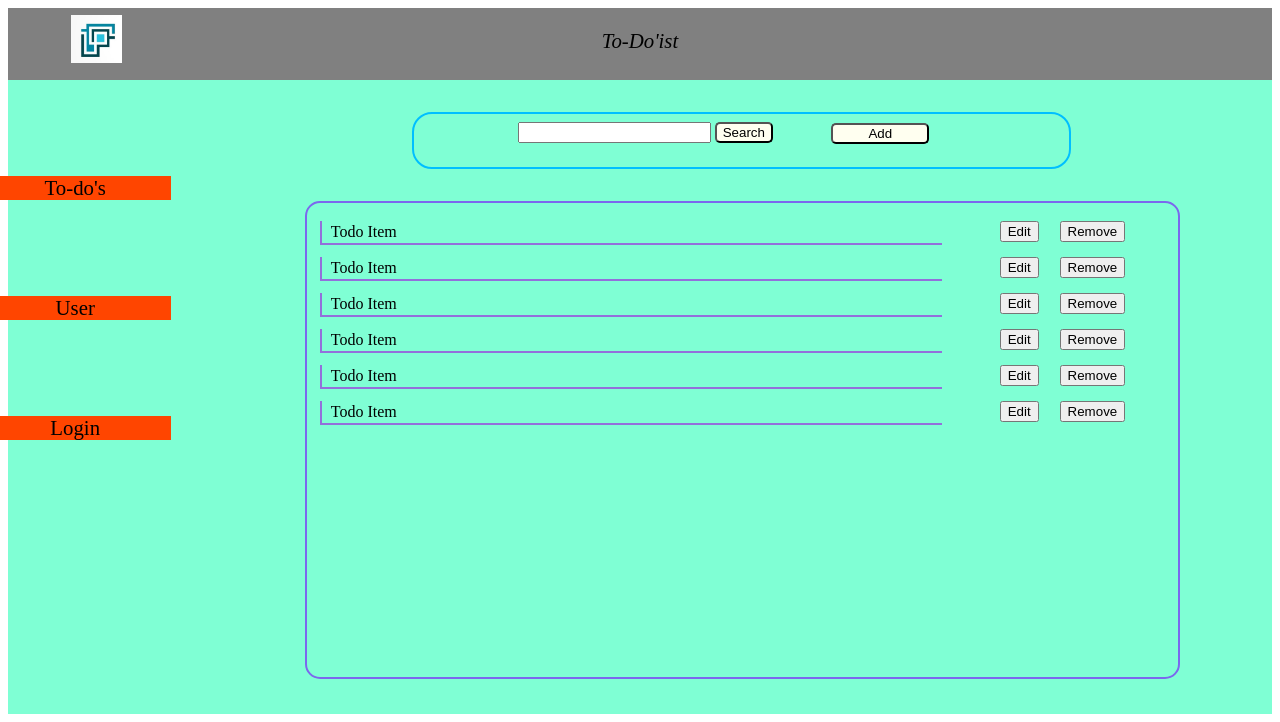
Repository: tavisca-pkadam/Todo-Website
Page: home.html
The author's editor kept a copy of each file at every save. The page is drawn from the files as they stood at one save, then again after the next save.
The browser window is 1280 px wide. The pictures show the whole page.

Above is the page before, as saved 2019-08-20 08:51:52.

### home.html
<!DOCTYPE html>
<html>
  <head>
    <meta charset="utf-8" />
    <meta http-equiv="X-UA-Compatible" content="IE=edge" />
    <title>Page Title</title>
    <meta name="viewport" content="width=device-width, initial-scale=1" />
    <link rel="stylesheet" type="text/css" media="screen" href="main.css" />

    <link rel="import" href="components/header.html" />

    <!-- <script src='main.js'></script> -->
  </head>
  <body>
    <div id="head" class="header">
      <img id="company_logo" src="src/logo.jpg" width="5%" />
      <p id="todo_header"><i>To-Do'ist</i></p>
    </div>


    <div id="side_nav">
      <div id="side_todo"  class="side_btn">
        To-do's
      </div>
      <div id="side_user" class="side_btn">
        User
      </div>
      <div id="side_login" class="side_btn">
        Login
      </div>
    </div>
    <div id="todo_content">
        <div id="todo_content_head">
            <div id="todo_content_search">
                <input type="text" style="padding-right:10px">
                <button class="search_button">Search</button>
            </div>
            <button id="todo_content_add" class="search_button">Add</button>
        </div>
        <div id="todo_list">
            <div class="todo_item">
                <div class="todo_detail">
                        Todo Item
                </div>
                <button class="todo_edit_btn">Edit</button>
                <button>Remove</button>
            </div>
            <div class="todo_item">
                <div class="todo_detail">
                        Todo Item
                </div>
                <button class="todo_edit_btn">Edit</button>
                <button>Remove</button>
            </div>
            <div class="todo_item">
                <div class="todo_detail">
                        Todo Item
                </div>
                <button class="todo_edit_btn">Edit</button>
                <button>Remove</button>
            </div>
            <div class="todo_item">
                <div class="todo_detail">
                        Todo Item
                </div>
                <button class="todo_edit_btn">Edit</button>
                <button>Remove</button>
            </div>
            <div class="todo_item">
                <div class="todo_detail">
                        Todo Item
                </div>
                <button class="todo_edit_btn">Edit</button>
                <button>Remove</button>
            </div>
            <div class="todo_item">
                <div class="todo_detail">
                        Todo Item
                </div>
                <button class="todo_edit_btn">Edit</button>
                <button>Remove</button>
            </div>
        </div>
    </div>
  </body>
</html>

### main.css
.header {
    background-color:gray;
    position: relative;
    width: 100%;
    height: 10vh;
    margin:0%;
}

#company_logo {
    position: absolute;
    left: 5%;
    width: 4%;
    margin-top: 1vh;
}

#todo_header {
    font-size: 1.3em;
    font-style: oblique;
    font-stretch: expanded;
    position: absolute;
    width: 100%;
    text-align: center;

    /* right: 45%; */
}

#side_nav {
    position: fixed;
    width: 15%;
    background-color: aquamarine;
    height: 88vh;
}

.side_btn {
    left:-15%;
    text-align: center;
    width: 100%;
    position: relative;
    background-color: orangered;
    margin-top: 50%;
    font-size: 1.3rem
}


#todo_content {
    position: relative;
    left: 15%;
    width:85%;
    background-color: aquamarine;
    height: 88vh;
}

#todo_content_head {
    border: 1px;
    position: relative;
    /* background-color: deepskyblue; */
    padding: 5px;
    width: 60%;
    height: 6vh;
    border-radius: 20px;
    left: 20%;
    top: 5%;

    border-width: 2px;
    border-style: solid;
    border-color: deepskyblue;
}

.search_button{
    text-align: center;
    background-color: ivory;
    border-radius: 5px;
}

#todo_content_search{
    position: absolute;
    /* background-color: darksalmon; */
    padding: 0.5%;
    margin-left:4%;
    padding-left: 2%;
    padding-right: 4%;
    left: 5vw;
    border-radius: 10px;
    /* border-width: 1px; */
    /* border-style: solid; */
    border-color: blue;

}
#todo_content_add {
    position: absolute;
    background-color: ivory;
    left: 30vw;
    /* top: 10px; */
    width: 15%;
    margin: 4px;
    margin-left: 5%;
}


#todo_list {
    /* background-color: mediumslateblue; */
    position: relative;
    width: 80%;
    left: 10%;
    top: 10%;
    height: 65vh;
    border-radius: 15px;
    padding:3px;
    padding-left: 8px;


    border-width: 2px;
    border-style: solid;
    border-color: mediumslateblue;
}

.todo_item{
    margin:5px;
    margin-top: 15px;
}

.todo_edit_btn{
    margin-left: 80%;
    margin-right: 2%;
}

.todo_detail{
    width: 70%;

    position: absolute;
    padding: 2px;
    padding-left: 1%;

    border-bottom: 6px solid;
    border-left: 6px solid;
    border-width: 2px;
    border-color: mediumpurple;
    }

After the next save:
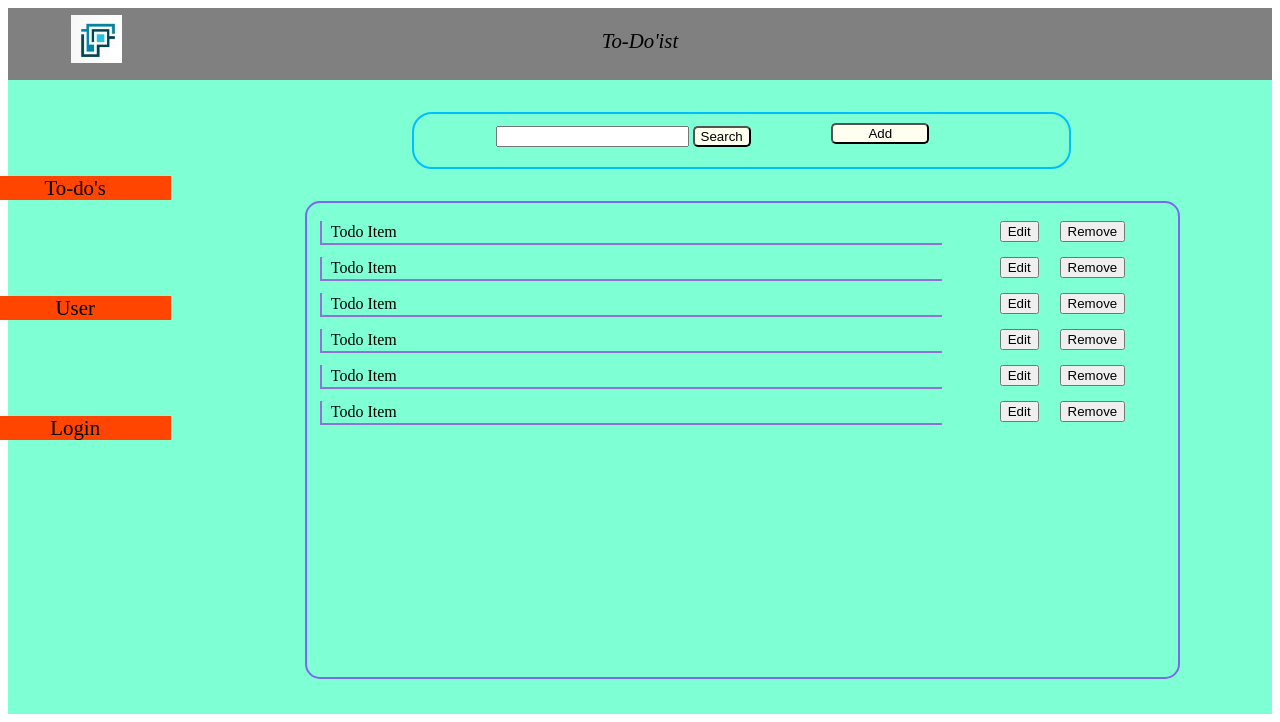
Saved 35 s later.
--- a/main.css
+++ b/main.css
@@ -83,6 +83,8 @@
     border-radius: 10px;
     /* border-width: 1px; */
     /* border-style: solid; */
+    margin: 4px;
+
     border-color: blue;
 
 }
